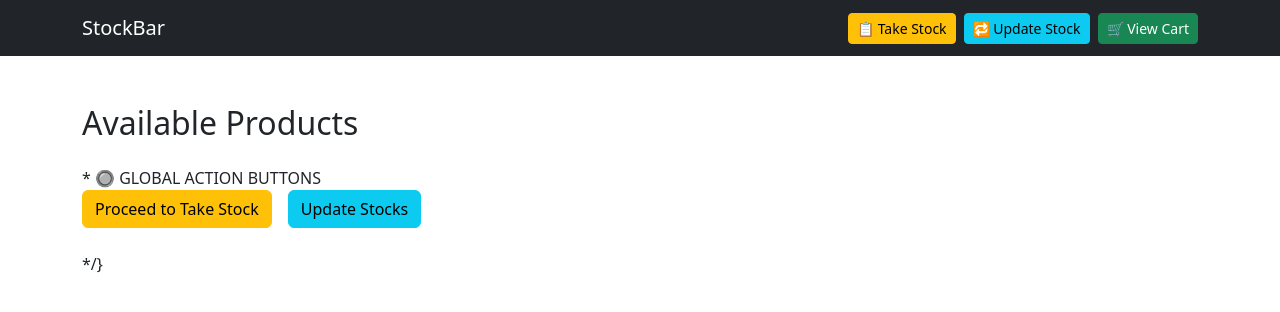
Repository: profbkmurage/soms
Page: /
The author's editor kept a copy of each file at every save. The page is drawn from the files as they stood at one save, then again after a run of saves.
The browser window is 1280 px wide. The pictures show the whole page.
The page's requests for data from a server got no answer. The project was rebuilt for these pictures with package versions that can differ from the ones it lists, and the page was loaded fresh each time. No one was signed in, and anything a server would have sent is missing. Also part of the build but not shown: vite.config.js, src/components/AddStockModal.jsx, src/components/ProductCard.jsx, src/components/Cart.jsx.

Above is the page before, as saved 2025-07-18 19:23:23.

### index.html
<!doctype html>
<html lang="en">
  <head>
    <meta charset="UTF-8" />
    <link rel="icon" type="image/svg+xml" href="/vite.svg" />
    <meta name="viewport" content="width=device-width, initial-scale=1.0" />
    <title>Vite + React</title>
  </head>
  <body>
    <div id="root"></div>
    <script type="module" src="/src/main.jsx"></script>
    <script src="https://cdn.jsdelivr.net/npm/bootstrap@5.3.2/dist/js/bootstrap.bundle.min.js"></script>
  </body>
</html>

### src/main.jsx
import React from 'react'
import ReactDOM from 'react-dom/client'
import App from './App'
import { CartProvider } from './context/CartContext'
import 'bootstrap/dist/css/bootstrap.min.css'

ReactDOM.createRoot(document.getElementById('root')).render(
  <React.StrictMode>
    <CartProvider>
      <App />
    </CartProvider>
  </React.StrictMode>
)

### src/App.jsx
import React, { useState } from 'react'
import { BrowserRouter as Router, Routes, Route } from 'react-router-dom'
import Navbar from './components/Navbar'
import ProductList from './components/ProductList'
import Cart from './components/Cart'

const App = () => {
  const [editMode, setEditMode] = useState(false)
  const [addStockMode, setAddStockMode] = useState(false)

  return (
    <Router>
      <Navbar
        editMode={editMode}
        addStockMode={addStockMode}
        onToggleEdit={() => setEditMode(prev => !prev)}
        onToggleAddStock={() => setAddStockMode(prev => !prev)}
      />

      <Routes>
        <Route
          path='/'
          element={
            <ProductList
              editMode={editMode}
              addStockMode={addStockMode}
              setEditMode={setEditMode}
              setAddStockMode={setAddStockMode}
            />
          }
        />
        <Route path='/cart' element={<Cart />} />
      </Routes>
    </Router>
  )
}

export default App

### src/context/CartContext.jsx
import React, { createContext, useContext, useState } from 'react'

const CartContext = createContext()

// eslint-disable-next-line react-refresh/only-export-components
export const useCart = () => useContext(CartContext)

export const CartProvider = ({ children }) => {
  const [cartItems, setCartItems] = useState([])

  const addToCart = (product, qty) => {
    const existing = cartItems.find(
      item => item.productId === product.productId
    )
    if (existing) {
      setCartItems(prev =>
        prev.map(item =>
          item.productId === product.productId
            ? { ...item, qty: item.qty + qty }
            : item
        )
      )
    } else {
      setCartItems(prev => [...prev, { ...product, qty }])
    }
  }

  const clearCart = () => setCartItems([])

  return (
    <CartContext.Provider value={{ cartItems, addToCart, clearCart }}>
      {children}
    </CartContext.Provider>
  )
}

### src/components/Navbar.jsx
import React from 'react'
import { Link } from 'react-router-dom'

const Navbar = ({ onToggleEdit, onToggleAddStock, editMode, addStockMode }) => {
  return (
    <nav className='navbar navbar-expand-lg navbar-dark bg-dark'>
      <div className='container'>
        <Link to='/' className='navbar-brand'>
          StockBar
        </Link>

        <div className='d-flex gap-2'>
          <button
            className={`btn btn-sm ${
              editMode ? 'btn-secondary' : 'btn-warning'
            }`}
            onClick={onToggleEdit}
          >
            {editMode ? 'Exit Stock Mode' : '📋 Take Stock'}
          </button>

          <button
            className={`btn btn-sm ${
              addStockMode ? 'btn-secondary' : 'btn-info'
            }`}
            onClick={onToggleAddStock}
          >
            {addStockMode ? 'Exit Update Mode' : '🔁 Update Stock'}
          </button>

          <Link to='/cart' className='btn btn-sm btn-success'>
            🛒 View Cart
          </Link>
        </div>
      </div>
    </nav>
  )
}

export default Navbar

### src/components/ProductList.jsx
import React, { useEffect, useState } from 'react'
import { collection, getDocs } from 'firebase/firestore'
import { db } from '../firebase/config'
import ProductCard from './ProductCard'

const ProductList = ({
  editMode,
  addStockMode,
  // setEditMode,
  setAddStockMode
}) => {
  const [products, setProducts] = useState([])

  const fetchProducts = async () => {
    const querySnapshot = await getDocs(collection(db, 'products'))
    const data = querySnapshot.docs.map(doc => ({ id: doc.id, ...doc.data() }))
    setProducts(data)
  }

  useEffect(() => {
    fetchProducts()
  }, [])

  return (
    <div className='container mt-5'>
      <h2 className='mb-4'>Available Products</h2>
*
      🔘 GLOBAL ACTION BUTTONS
      <div className='d-flex gap-3 mb-4'>
        <button
          className={`btn ${editMode ? 'btn-secondary' : 'btn-warning'}`}
          onClick={() => {
            setEditMode(!editMode)
            if (addStockMode) setAddStockMode(false)
          }}
        >
          {editMode ? 'Exit Stock-Taking Mode' : 'Proceed to Take Stock'}
        </button>

        <button
          className={`btn ${addStockMode ? 'btn-secondary' : 'btn-info'}`}
          onClick={() => {
            setAddStockMode(!addStockMode)
            if (editMode) setEditMode(false)
          }}
        >
          {addStockMode ? 'Exit Stock Update Mode' : 'Update Stocks'}
        </button>
      </div> */}

      {/* 🧾 PRODUCT GRID */}
      <div className='row row-cols-1 row-cols-md-3 g-4'>
        {products.map(product => (
          <ProductCard
            key={product.id}
            product={product}
            editMode={editMode}
            addStockMode={addStockMode}
            refreshProducts={fetchProducts}
          />
        ))}
      </div>
    </div>
  )
}

export default ProductList

### src/firebase/config.js
import { initializeApp } from "firebase/app";
import { getFirestore } from "firebase/firestore";
// import { getStorage } from "firebase/storage";
import { getAuth } from "firebase/auth";


// Your web app's Firebase configuration
const firebaseConfig = {
    apiKey: "AIzaSyAMTZYtxn8mWGO3hVN00eas4TxBg18b0LM",
    authDomain: "stockcheckerapp.firebaseapp.com",
    projectId: "stockcheckerapp",
    storageBucket: "stockcheckerapp.firebasestorage.app",
    messagingSenderId: "771806329195",
    appId: "1:771806329195:web:98c22527794de00b55742e"
  };

  // Initialize Firebase
const app = initializeApp(firebaseConfig);
const db = getFirestore(app);
const auth = getAuth(app);

export { db, auth };

After the next 5 saves:
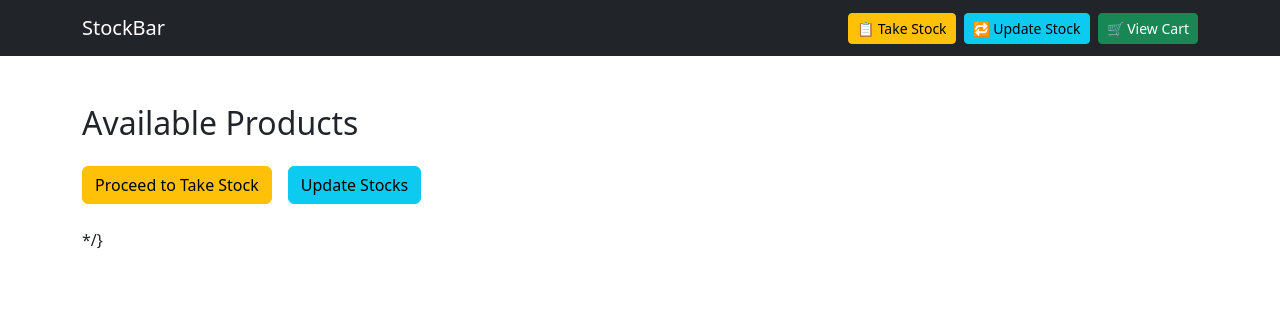
The 5 saves are shown as one change because 3 did not build or start and some came seconds apart.
The last was saved 23 s later.
--- a/src/components/ProductList.jsx
+++ b/src/components/ProductList.jsx
@@ -24,8 +24,7 @@ const ProductList = ({
   return (
     <div className='container mt-5'>
       <h2 className='mb-4'>Available Products</h2>
-*
-      🔘 GLOBAL ACTION BUTTONS
+{/* {*GLOBAL ACTION BUTTONS*} */}
       <div className='d-flex gap-3 mb-4'>
         <button
           className={`btn ${editMode ? 'btn-secondary' : 'btn-warning'}`}
